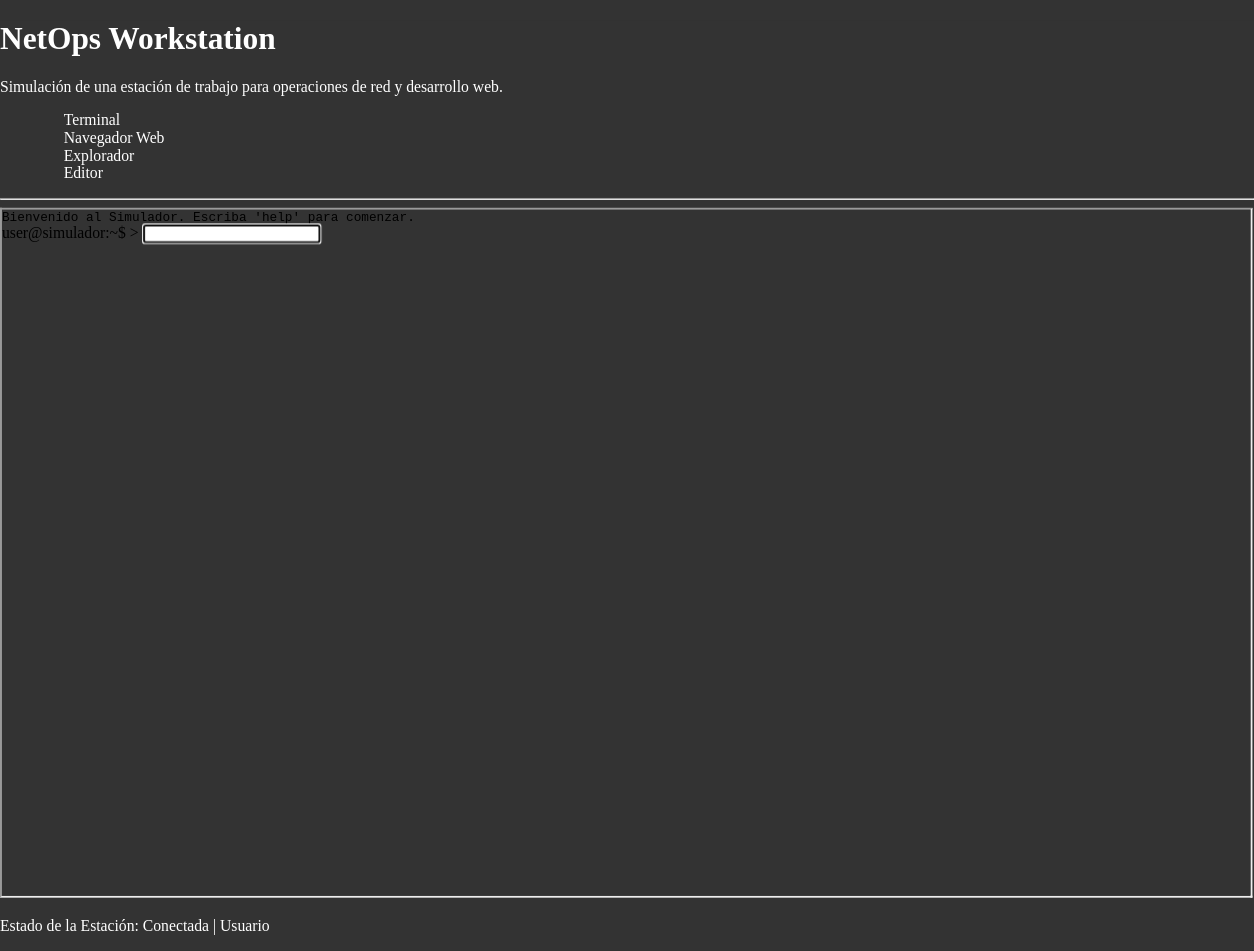
Repository: ValdezGalia/ProgramacionWebUcab
Page: lan-01.html
These files come from the project's save history. The page is drawn as it stood at one moment and after a run of saves; the edit follows.
The browser window is 1280 px wide. The pictures show the whole page, at 98% of full size.

Above is the page before, as saved 2025-11-13 16:06:55.

After the next 2 saves:
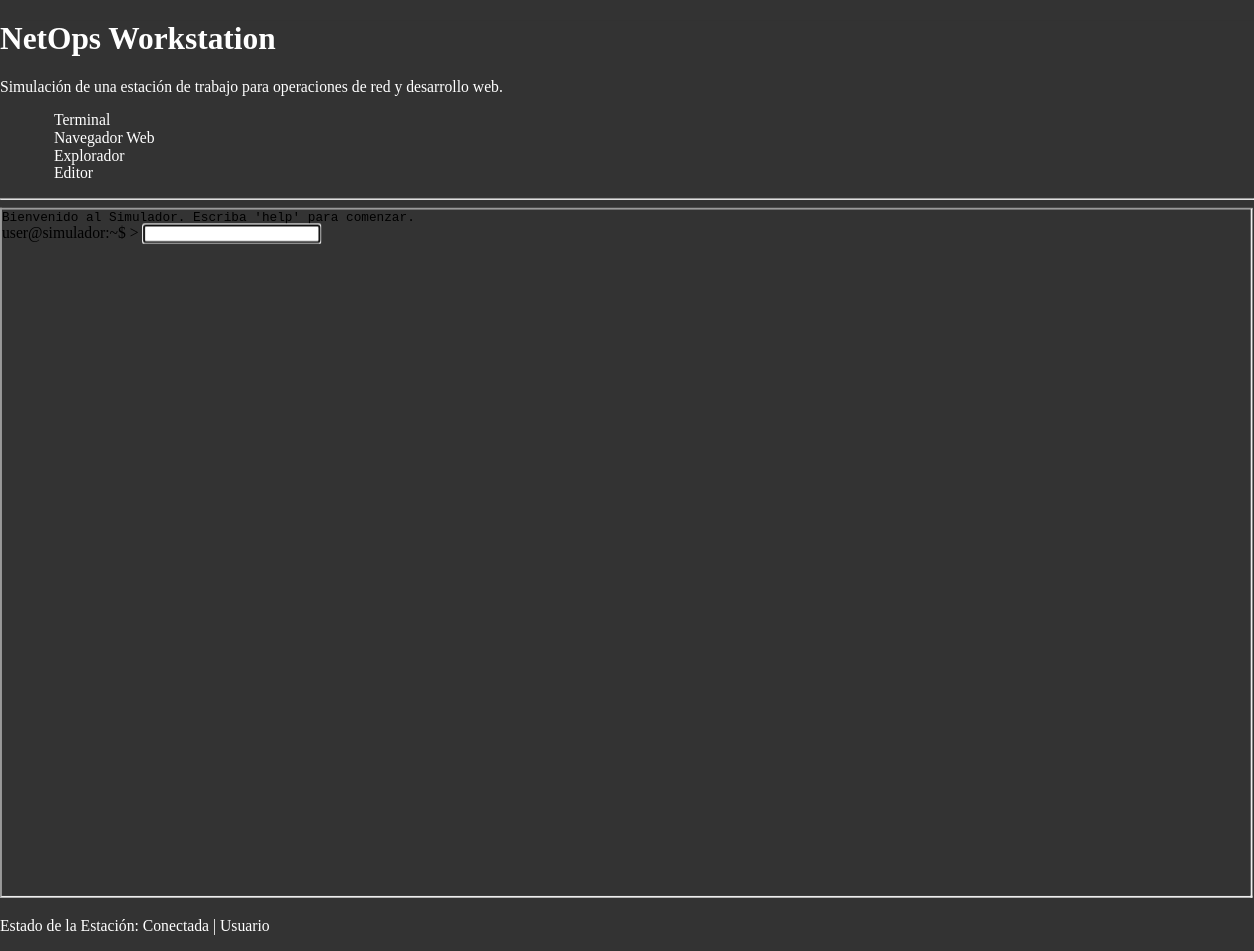
The 2 saves are shown as one change because they came seconds apart.
The last was saved 25 s later.
--- a/style/lan-01.css
+++ b/style/lan-01.css
@@ -12,5 +12,5 @@ nav ul li{
 nav ul li a{
     text-decoration: none;
     color: white;
-    padding: 20px 25px;
+    padding: 15px 15px;
 }
